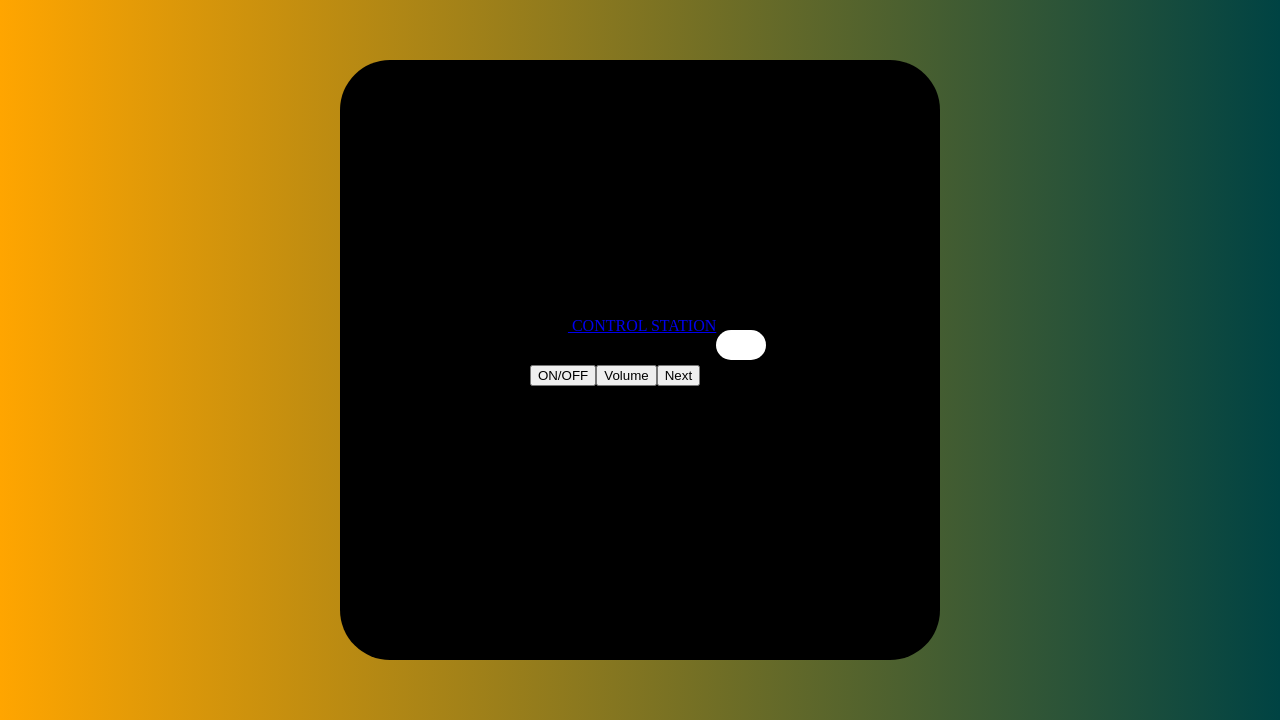
Repository: Alexandru-Morteanu/rodio
Page: /96
These files come from the project's save history. The page is drawn as it stood at one moment and after the next save; the edit follows.
The browser window is 1280 px wide. The pictures show the whole page.
The project was rebuilt for these pictures with package versions that can differ from the ones it lists, and the page was loaded fresh each time. Also part of the build but not shown: src/pages/Login/firebase.js, src/pages/Login/AuthContext.js, src/pages/Login/PrivateRoute.js, src/pages/Administrator/Admin.js, src/pages/Login/Login.js, src/pages/Login/SignUp.js, src/pages/ControlStation/ControlStation.js.

Above is the page before, as saved 2023-01-30 18:44:49.

### public/index.html
<!DOCTYPE html>
<html lang="en">
  <head>
    <meta charset="utf-8" />
    <meta name="viewport" content="width=device-width, initial-scale=1" />
    <meta name="theme-color" content="#000000" />

    <title>RODIO</title>
  </head>
  <body>
    <div id="root"></div>
  </body>
</html>

### src/index.css
body {
  background: linear-gradient(to right, orange, rgb(0, 67, 67));
  margin: 0;
  height: 100vh;
  display: flex;
  justify-content: center;
  align-items: center;
}

### src/App.js
import React from 'react';
import './App.css';
import Homepage from "./pages/Homepage.js";
import { BrowserRouter as Router, Switch, Route } from "react-router-dom";
import { AuthProvider } from "./pages/Login/AuthContext"
import PrivateRoute from './pages/Login/PrivateRoute';
import Admin from './pages/Administrator/Admin';
import Login from './pages/Login/Login';
import SignUp from './pages/Login/SignUp';
import ControlStation from './pages/ControlStation/ControlStation';
function App() {
  const stations = [
    "/96",
    "/98",
    "/99",
    "/102"
  ]
  return (
    <div className="App">
      <div className='container'>
      <Router>
          <Switch>
            {stations.map((path) => (
             <Route path={path} component={ Homepage } key={path} />
            ))}
            <Route path="/control" component={ ControlStation } />
            <AuthProvider>
              <Route path="/login" component={ Login } />
              <Route path="/signup" component={ SignUp } />
              <PrivateRoute path="/admin" component={ Admin } />
            </AuthProvider>
          </Switch>
      </Router>
      </div>
    </div>
  );
}

export default App;

### src/App.css
.App{
  display: flex;
  justify-content: center;
  align-items: center;
}
.container{
  height: 600px;
  width: 600px;
  background-color: rgb(0, 0, 0);
  border-radius: 50px;
  text-align: center;
}

### src/pages/Homepage.js
import React from 'react'
import "./Homepage.css"
import { Link, useLocation } from "react-router-dom";
function Homepage() {
  const location = useLocation()
  const path = location.pathname.split('/');
  return (
    <div className='containerHome'>
        <div>
            <b>RODIO</b>
            <Link to='/control'> CONTROL STATION </Link>
            <div className='vizualizer'></div>
            <button>ON/OFF</button>
            <button>Volume</button>
            <button>Next</button>
            <div>{path}</div>
        </div>
        <div>
            <div className='adds'></div>
            <div className='currentStation'></div>
        </div>
    </div>
  )
}

export default Homepage

### src/pages/Homepage.css
.containerHome{
    height: 100%;
    width: 100%;
    display: flex;
    justify-content: center;
    align-items: center;
}
.vizualizer{
    height: 30px;
    width: 50px;
    background-color: black;
    border-radius: 20px;
}
.adds{
    height: 30px;
    width: 50px;
    background-color: rgb(255, 255, 255);
    border-radius: 20px;
}
.currentStation{
    height: 30px;
    width: 50px;
    background-color: rgb(0, 0, 0);
    border-radius: 20px;
}

Loaded but not shown: src/index.js (common file)

After the next save:
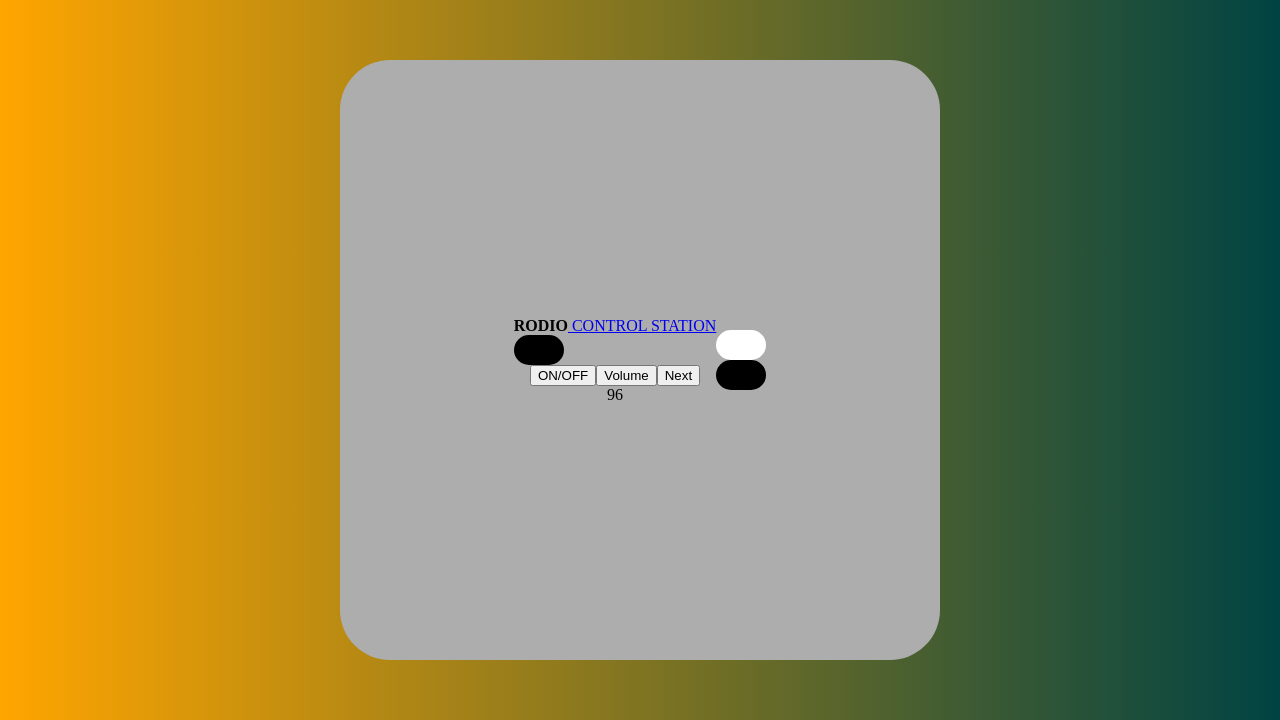
Saved 8 s later.
--- a/src/App.css
+++ b/src/App.css
@@ -6,7 +6,7 @@
 .container{
   height: 600px;
   width: 600px;
-  background-color: rgb(0, 0, 0);
+  background-color: rgb(173, 173, 173);
   border-radius: 50px;
   text-align: center;
 }
